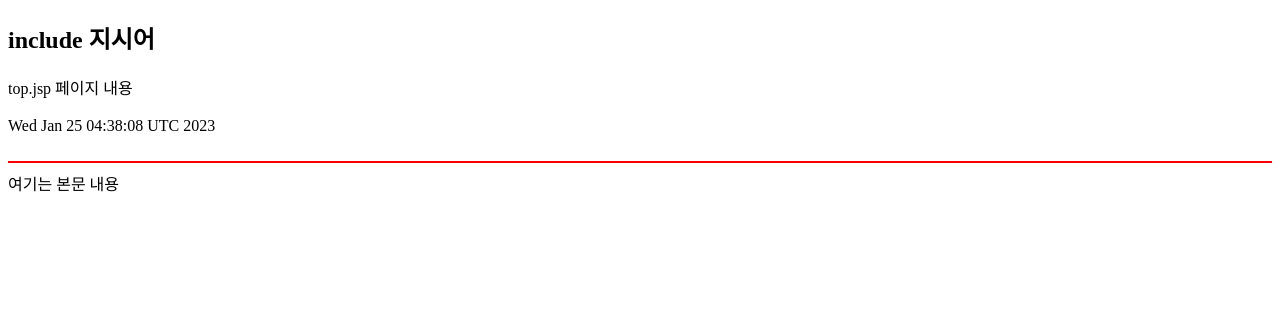
Repository: noopzzya/study_jsp_globalin
Page: http://localhost/ServletProject/directive/includeEx.jsp
The author's editor kept a copy of each file at every save. The page is drawn from the files as they stood at one save, then again after the next save.
The browser window is 1280 px wide. The pictures show the whole page.
The page is served by Tomcat 9. Other server files are loaded and not shown.

Above is the page before, as saved 2023-01-31 05:09:48.

### ServletProject/src/main/webapp/directive/includeEx.jsp
<%@ page language="java" contentType="text/html; charset=UTF-8"
    pageEncoding="UTF-8"%>

<% String name = "GilDong Hong"; %>
<!DOCTYPE html>
<html>
<head>
<meta charset="UTF-8">
<title></title>
</head>
<body>
<h2>include 지시어</h2>
<%@ include file="top.jsp" %>
여기는 본문 내용
</body>
</html>

### ServletProject/src/main/webapp/directive/top.jsp
<%@ page language="java" contentType="text/html; charset=UTF-8"
    pageEncoding="UTF-8"%>

    <%@ page import="java.util.*"%>
    <%
    	Date date = new Date();
    %>
<!DOCTYPE html>
<html>
<head>
<meta charset="UTF-8">
<title></title>
</head>
<body>
top.jsp 페이지 내용<br><br>
<%=date.toString() %><br><br>
<hr color="red">
</body>
</html>

### ServletProject/src/main/webapp/directive/bottom.jsp
<%@ page language="java" contentType="text/html; charset=UTF-8"
    pageEncoding="UTF-8"%>
<!DOCTYPE html>
<html>
<head>
<meta charset="UTF-8">
<title></title>
</head>
<body>
<hr color="red">
bottom.jsp 페이지 내용<p>
<p align="center">작성자 <b><%=name %></b>입니다.</p>
</body>
</html>

After the next save:
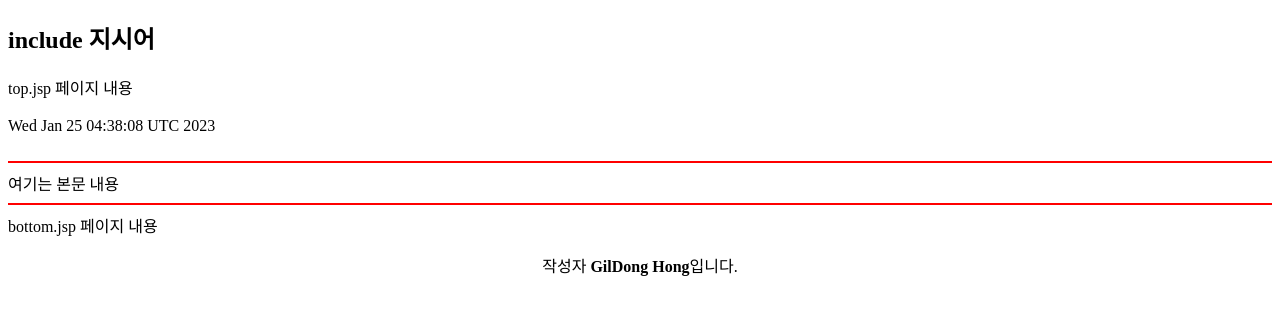
Saved 19 s later.
--- a/ServletProject/src/main/webapp/directive/includeEx.jsp
+++ b/ServletProject/src/main/webapp/directive/includeEx.jsp
@@ -12,5 +12,8 @@
 <h2>include 지시어</h2>
 <%@ include file="top.jsp" %>
 여기는 본문 내용
+
+<%@ include file="bottom.jsp" %>
+
 </body>
 </html>
